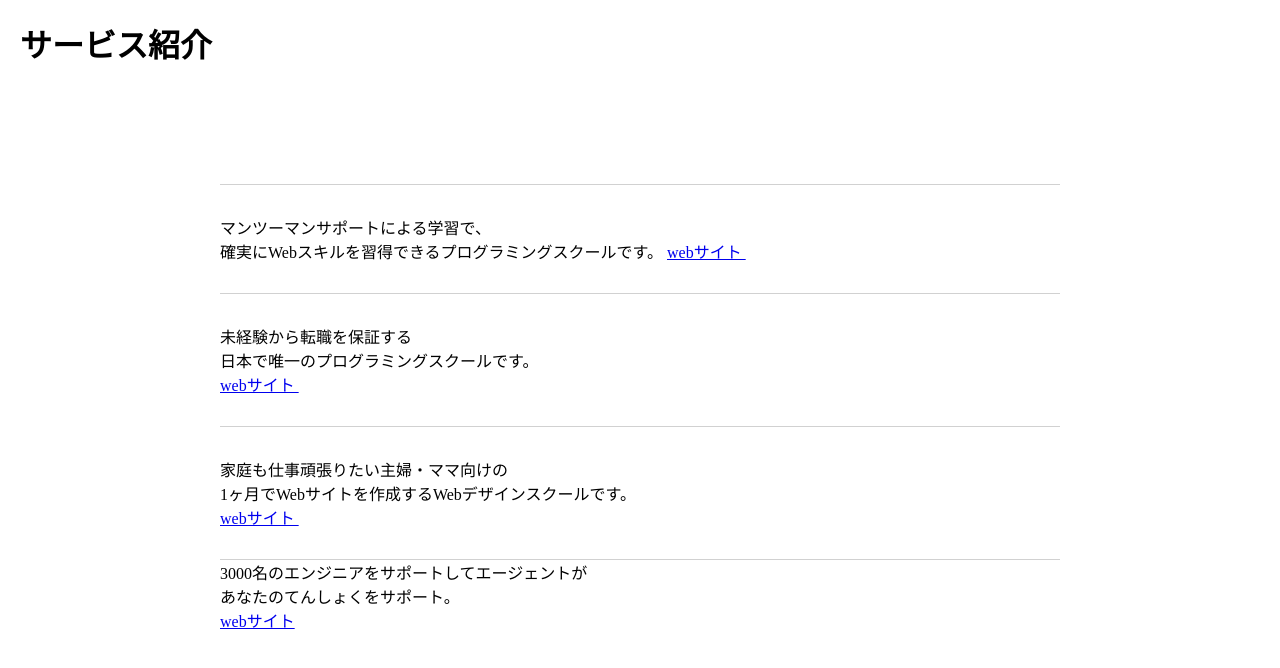
Repository: yesohnuki/shinya-ohnuki
Page: caravan/7.html
The author's editor kept a record of every edit. The page is drawn from the files as they stood at one moment, then again after the next edit.
The browser window is 1280 px wide. The pictures show the whole page.

Above is the page before.

### caravan/7.html
<!DOCTYPE html>
<html lang="ja">
  <head>
    <meta charset="UTF-8" />
    <link rel="stylesheet" href="7.css" />
    <title>CARAVAN</title>
  </head>

  <body>
    <main-visual>
      <h1 class="headline">
        サービス紹介
      </h1>
    </main-visual>

    <main>
      <img class="wc-logo.png">
      <div class="service1"></div>
      マンツーマンサポートによる学習で、<br>
      確実にWebスキルを習得できるプログラミングスクールです。
        <a href="index.html">
          webサイト
        </a>
        <img class="wcc-logo.png">
        <div class="service2"></div>
        未経験から転職を保証する<br>
        日本で唯一のプログラミングスクールです。</br>
        <a href="index.html">
          webサイト
        </a>
        <img class="wcp-logo.png">
        <div class="service3"></div>
        家庭も仕事頑張りたい主婦・ママ向けの<br>
        1ヶ月でWebサイトを作成するWebデザインスクールです。</br>
        <a href="index.html">
          webサイト
        </a>
        <img class="wcw-logo.png">
        <div class="service4"></div>
        3000名のエンジニアをサポートしてエージェントが<br>
        あなたのてんしょくをサポート。</br>
        <a href="index.html">
          webサイト
        </a>
      </main>
    </body>
    </html>

### caravan/7.css
* {
  margin: 0;
  padding: 0;
  box-sizing: border-box;
}

.main-visual {
  height: 400px;
  width: 100%;
  background-image: url(img/mv.jpg);
  background-size: cover;
  background-position: bottom;
}

.headline {
  padding: 20px;
}

main {
  width: 840px;
  margin: 50px auto;
}

.service1 {
  margin-bottom: 30px;
  border-bottom: 1px solid #d1d1d1;
  padding-bottom: 30px;
}

.service2 {
  margin-bottom: 30px;
  border-bottom: 1px solid #d1d1d1;
  padding-bottom: 30px;
}

.service3 {
  margin-bottom: 30px;
  border-bottom: 1px solid #d1d1d1;
  padding-bottom: 30px;
}

.service4 {
  border-bottom: 1px solid #d1d1d1;
  padding-bottom: 30px;
}

After the next edit:
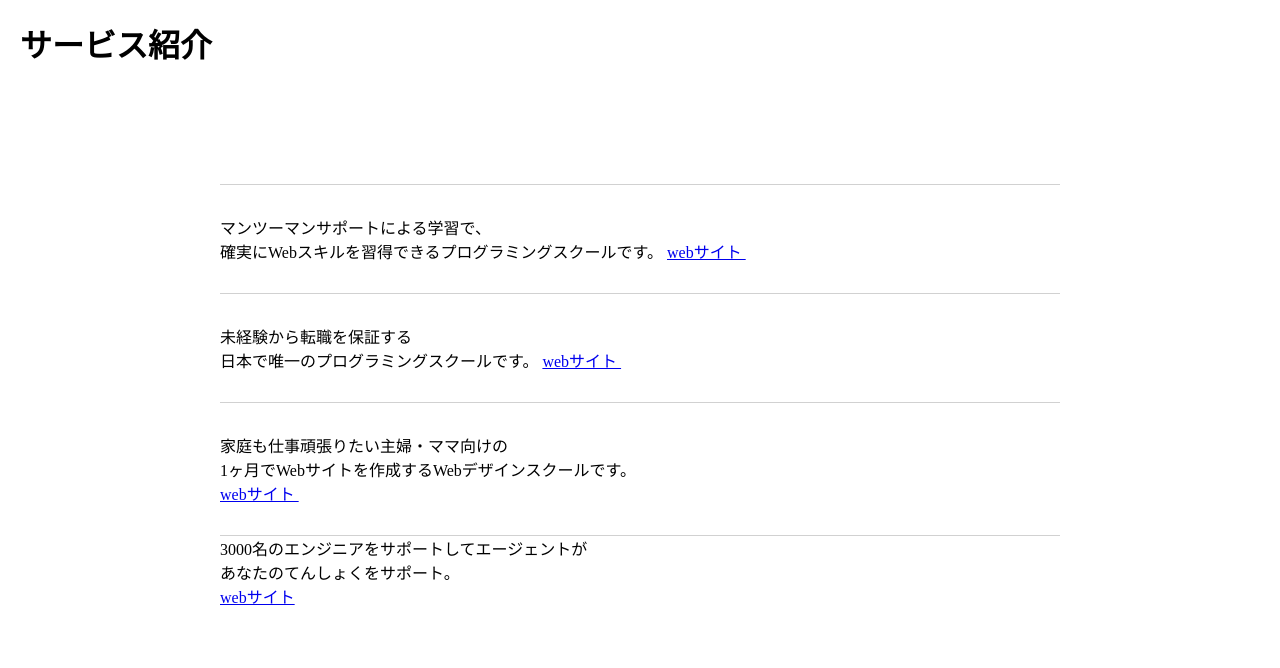
The edit:
--- a/caravan/7.html
+++ b/caravan/7.html
@@ -24,7 +24,7 @@
         <img class="wcc-logo.png">
         <div class="service2"></div>
         未経験から転職を保証する<br>
-        日本で唯一のプログラミングスクールです。</br>
+        日本で唯一のプログラミングスクールです。
         <a href="index.html">
           webサイト
         </a>
